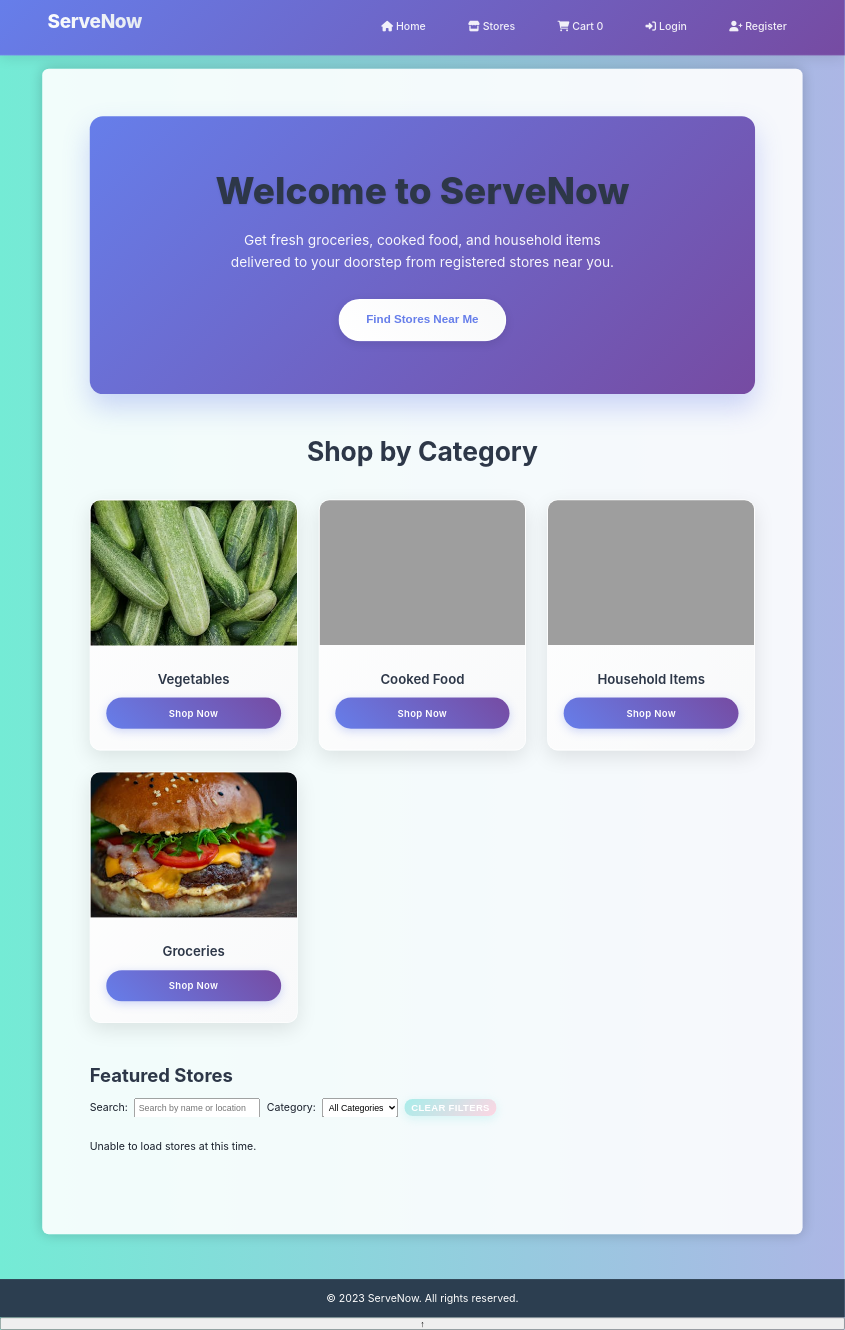
Repository: onenet786/servenow
Page: index.html
The author's editor kept a copy of each file at every save. The page is drawn from the files as they stood at one save, then again after the next save.
The browser window is 1280 px wide. The pictures show the whole page, at 66% of full size.
Pictures or frames that could not be fetched are drawn as grey boxes. The page's requests for data from a server got no answer.

Above is the page before, as saved 2025-12-17 04:04:14.

After the next save:
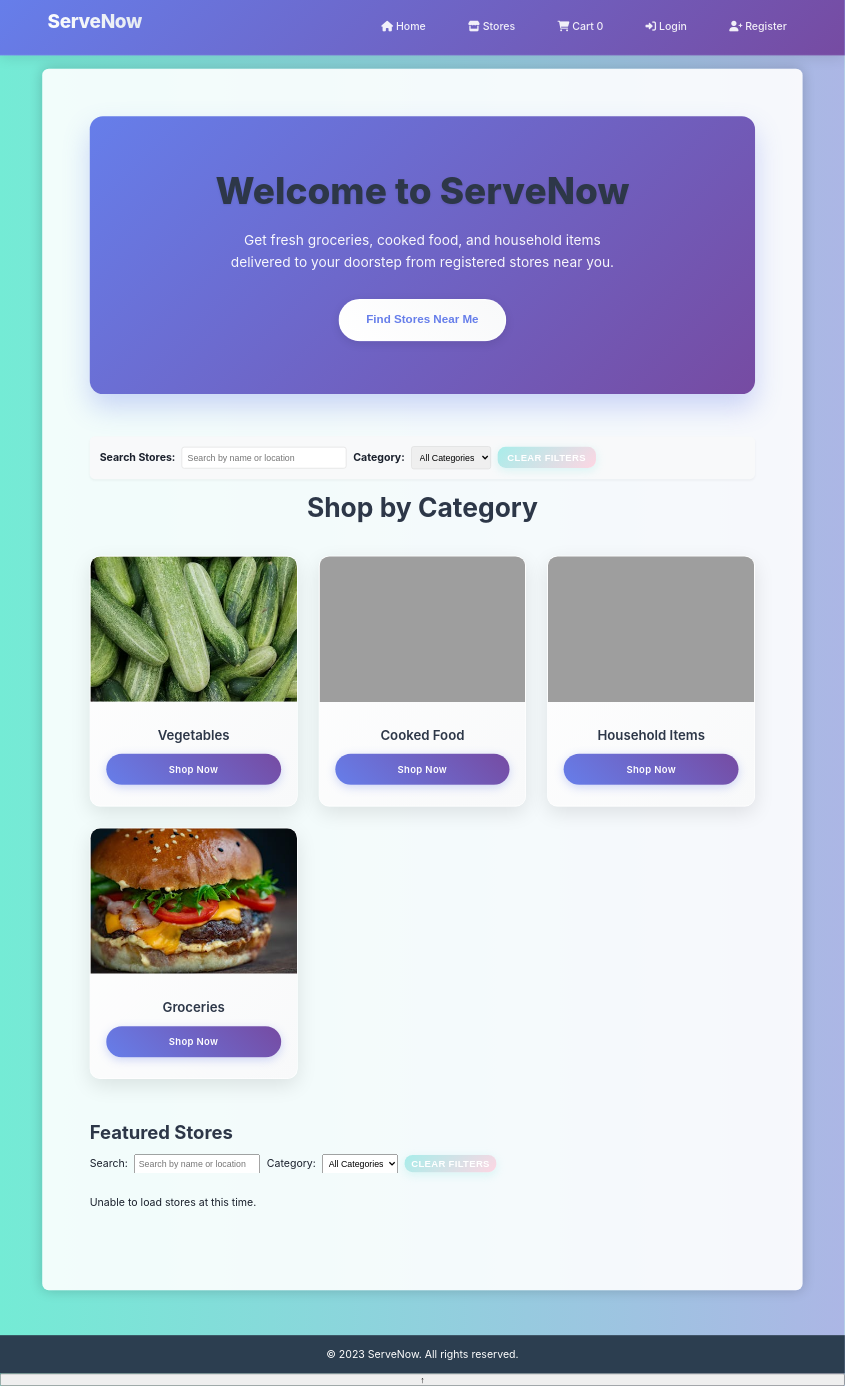
Saved 115 s later.
--- a/index.html
+++ b/index.html
@@ -57,6 +57,23 @@
                 <h2>Welcome to ServeNow</h2>
                 <p>Get fresh groceries, cooked food, and household items delivered to your doorstep from registered stores near you.</p>
                 <button id="getLocation">Find Stores Near Me</button>
+            </section>
+
+            <section class="store-filters-section" style="margin-top: 20px; margin-bottom: 20px;">
+                <div class="filter-controls" style="display: flex; gap: 10px; align-items: center; flex-wrap: wrap; background: #f8f9fa; padding: 15px; border-radius: 8px; box-shadow: 0 2px 4px rgba(0,0,0,0.05);">
+                    <div class="filter-group">
+                        <label for="storeSearch" style="margin-right: 5px; font-weight: bold;">Search Stores:</label>
+                        <input type="text" id="storeSearch" placeholder="Search by name or location" style="padding: 8px; border: 1px solid #ddd; border-radius: 4px; min-width: 250px;">
+                    </div>
+                    <div class="filter-group">
+                        <label for="storeCategoryFilter" style="margin-right: 5px; font-weight: bold;">Category:</label>
+                        <select id="storeCategoryFilter" style="padding: 8px; border: 1px solid #ddd; border-radius: 4px;">
+                            <option value="">All Categories</option>
+                            <!-- Populated dynamically -->
+                        </select>
+                    </div>
+                    <button class="btn btn-secondary" id="clearStoreFiltersBtn" style="padding: 8px 15px;">Clear Filters</button>
+                </div>
             </section>
 
             <section class="categories">
